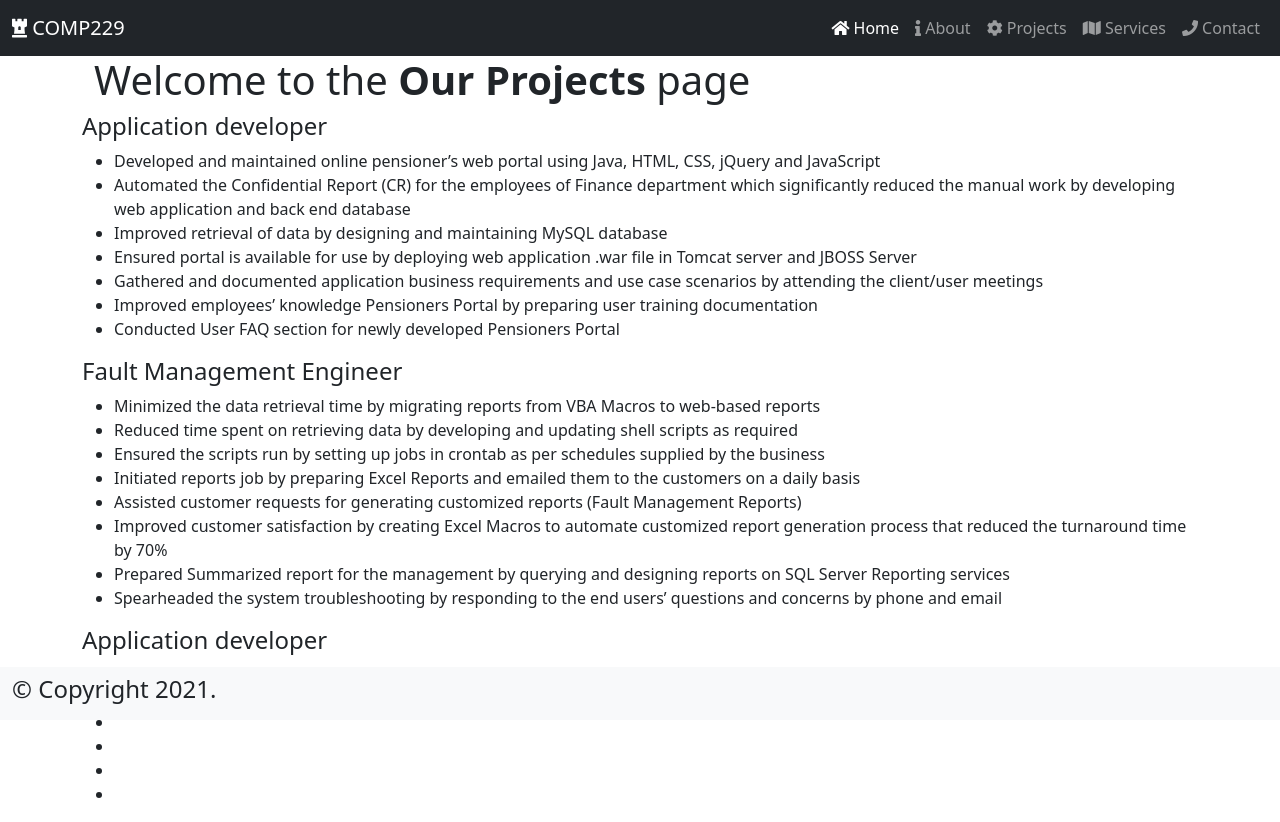
Repository: RevathyJK/Portfolio
Page: http://localhost/projects
An editor plug-in stored every save of this project. The page is shown before and after the next save, followed by the edit.
The browser window is 1280 px wide. The pictures show the whole page.
The page is served by the project's Node server (server.js).

Above is the page before, as saved 2021-09-27 23:16:23.

After the next save:
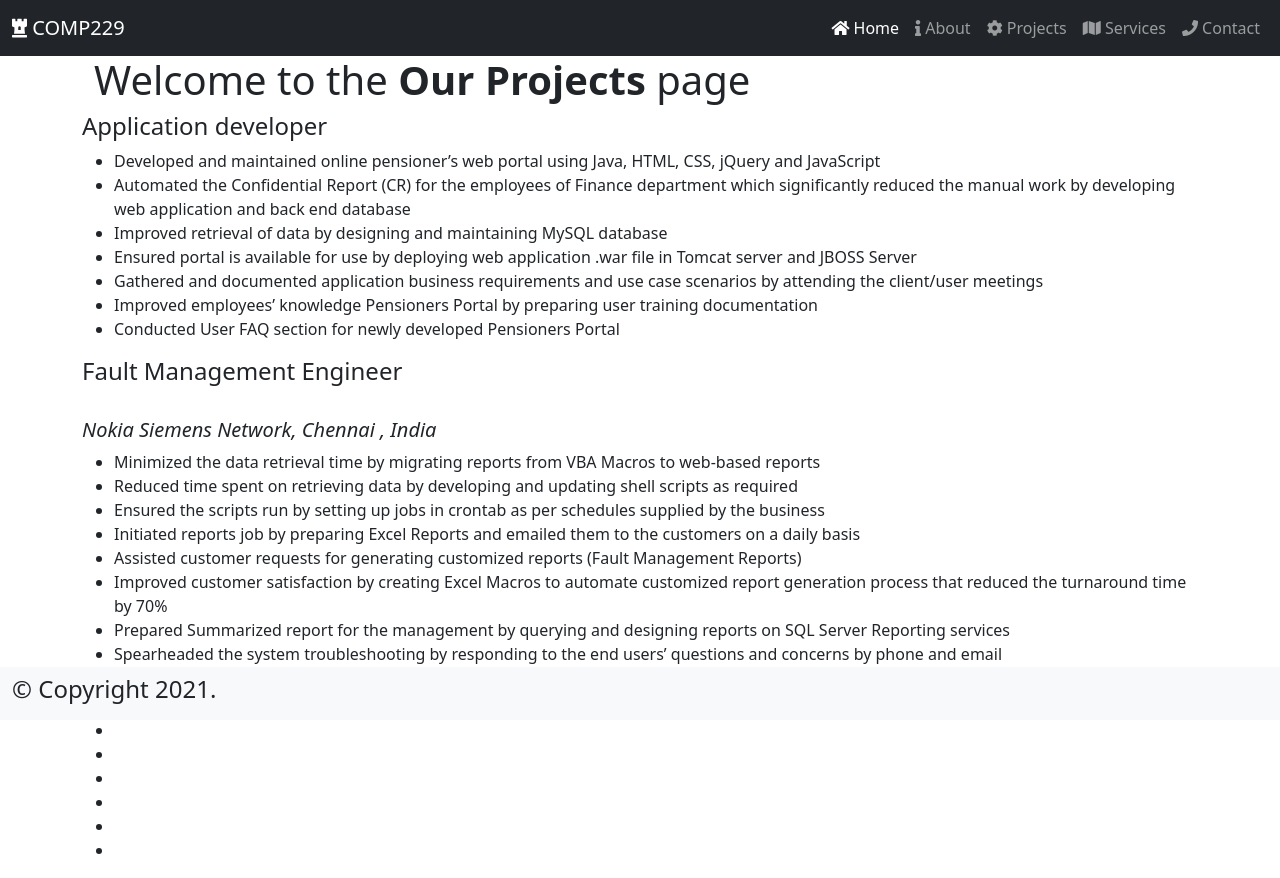
Saved 62 s later.
--- a/Server/Views/content/projects.ejs
+++ b/Server/Views/content/projects.ejs
@@ -17,7 +17,8 @@
 </tr>
 
 <tr>
-        <h4>Fault Management Engineer</h4>
+        <h4>Fault Management Engineer</h4><br>
+        <h5><i>Nokia Siemens Network, Chennai , India</i></h5>
         <ul>
                 <li>Minimized the data retrieval time by migrating reports from VBA Macros to web-based reports</li>
 		<li>Reduced time spent on retrieving data by developing and updating shell scripts as required </li>
